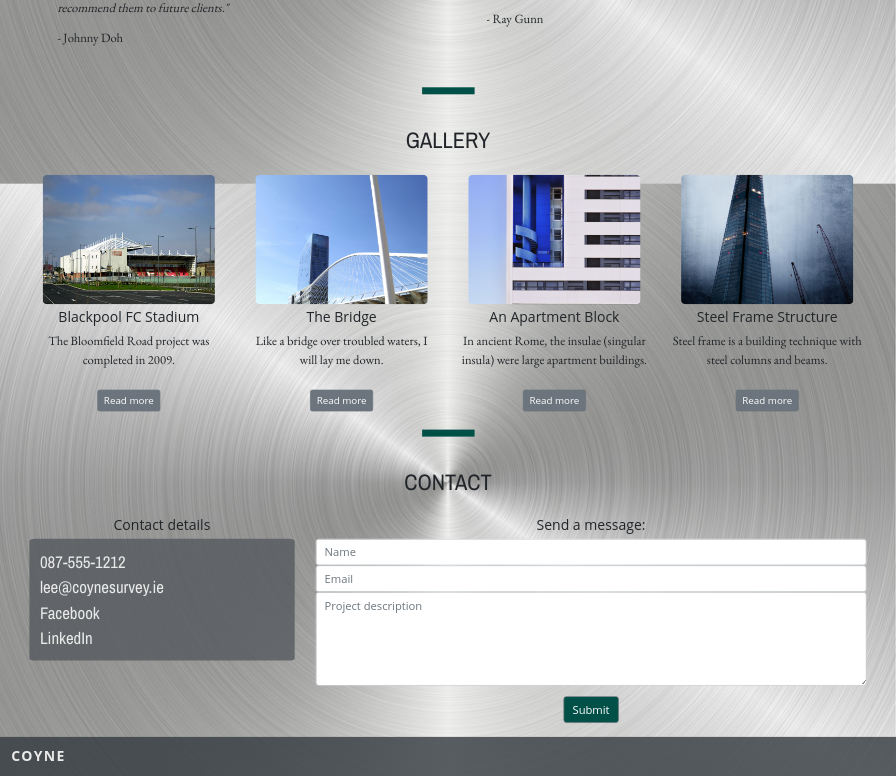
Repository: Leo-Cullen/first-milestone-project
Page: index.html
The author's editor kept a record of every edit. The page is drawn from the files as they stood at one moment, then again after the next edit.
The browser window is 1280 px wide. The pictures show the part of the page from y = 1444 to 3364 px (the page is 2553 px tall before and 3459 px after), at 70% of full size.
Backgrounds fixed to the window are drawn as part of the page. Some web libraries are served in a nearby version.

Above is the page before.

### index.html
<!DOCTYPE html>
<html lang="en">

<head>
    <meta charset="UTF-8">
    <meta name="viewport" content="width=device-width, initial-scale=1.0">
    <meta http-equiv="X-UA-Compatible" content="ie=edge">
    <link rel="stylesheet" href="https://stackpath.bootstrapcdn.com/bootstrap/4.3.1/css/bootstrap.min.css" integrity="sha384-ggOyR0iXCbMQv3Xipma34MD+dH/1fQ784/j6cY/iJTQUOhcWr7x9JvoRxT2MZw1T" crossorigin="anonymous">
    <link href="https://fonts.googleapis.com/css?family=Archivo+Narrow|EB+Garamond&display=swap" rel="stylesheet">
    <link rel="stylesheet" href="assets/css/style.css" type="text/css" />
    <title>Coyne | Surveying and setting out services</title>
    <script src="https://kit.fontawesome.com/c525f812d6.js"></script>
</head>

<body>

    <nav class="navbar top-navbar navbar-expand-sm navbar-dark bg-dark fixed-top">
        <a class="navbar-brand" href="#"> COYNE </a>

        <button class="navbar-toggler" type="button" data-toggle="collapse" data-target="#navbarNav" aria-controls="navbarNav" aria-expanded="false" aria-label="Toggle navigation">
            <span class="navbar-toggler-icon"></span>
        </button>
        <div class="collapse navbar-collapse" id="navbarNav">
            <ul class="navbar-nav mr-auto">
                <li class="nav-item active">
                    <a class="active nav-link mr-2" href="#">Home <span class="sr-only">(current)</span></a>
                </li>
                <li class="nav-item mr-2">
                    <a class="nav-link" href="#about">About</a>
                </li>
                <li class="nav-item mr-2">
                    <a class="nav-link" href="#testimonials">Testimonials</a>
                </li>
                <li class="nav-item mr-2">
                    <a class="nav-link" href="#gallery-anchor">Gallery</a>
                </li>
                <li class="nav-item mr-2">
                    <a class="nav-link" href="#contact">Contact</a>
                </li>
            </ul>
            <div class="d-none d-md-block">
                <p class="navbar-text my-auto mr-2">087-555-1234</p>
                <a href="https://www.facebook.com" target="_blank">
                    <i class="fab fa-facebook-square icon"></i>
                </a>
                <a href="https://www.linkedin.com" target="_blank">
                    <i class="fab fa-linkedin icon"></i>
                </a>
            </div>
        </div>
    </nav>

    <div class="container-fluid splash-container">
        <div class="row">
            <div class="col-12">
                <section class="splash jumbotron">
                    <img src="assets/images/coyne-logo.png" width="100%" height="100%" style="margin-top:100px" />
                    <!--  -->
                </section>
            </div>
        </div>
    </div>

    <div class="container-fluid about-container content-container">
        <!-- About section -->
        <hr id="about" />
        <section class="about-section">
            <div class="row">
                <div class="col-12 page-header">
                    <h2 class="text-uppercase section-heading">About</h2>
                </div>
            </div>
            <div class="row">
                <div class="col-12 col-md-6 col-lg-4">
                    <div class="about-col">
                        <h3 class="about-heading">Who are we?</h3>
                        <p>Established in 2006 in the British Midlands as LMC Solutions LTD, we are a small but thriving company. Our three engineers have thirty years of combined experience.</p>
                        <p>We pride ourselves on providing the highest levels of quality and service. Always willing to go the extra mile with competitive prices, our excellent references and full insuarance guarantee your peace of mind.</p>
                    </div>
                </div>
                <div class="col-12 col-md-6 col-lg-4">
                    <div class="about-col">
                        <h3 class="about-heading">What do we do?</h3>
                        <p>Projects that we have worked on range from individual houses to complex steel frame structures, pedestrian schemes, highways, concrete buildings, roads, car parks, sewage plants, schools and an athletics ground.</p>
                    </div>
                </div>
                <div class="col-12 col-md-6 col-lg-4">
                    <div class="about-col">
                        <h3 class="about-heading">How do we do it?</h3>
                        <p>We use Leica robotic survey equipment to collect, process and edit survey information. Together with our CAD expertise we can supply information in AutoCAD and other major formats.</p>
                        <p>Accuracy is paramount to us. Therefore, our strict quality quality assurance procedures ensure effective checking systems are in place at all stages of the production process.</p>
                    </div>
                </div>
            </div>
        </section>
        <!-- / About section -->
    </div>
    <!-- / About container -->

    <div class="container-fluid testimonials-container content-container">
        <!-- Testimonials section -->
        <hr id="testimonials" />
        <section class="testimonials">
            <div class="row">
                <div class="col-12 page-header">
                    <h2 class="text-uppercase section-heading">Testimonials</h2>
                </div>
            </div>
            <div class="row">
                <div class="col-12 col-md-6">
                    <div class="media">
                        <i class="far fa-comment" class="mr-3"></i>
                        <blockquote class="blockquote">
                            <p class="quote">"I can confirm that Mr. Lee Coyne of the above company has carried out work on the build of care homes, including surveying and setting out of levels. LMC run a very professional and trustworthy service and I would not hesitate
                                to recommend them to future clients."</p>
                            <p>- Johnny Doh</p>
                        </blockquote>
                    </div>
                </div>
                <div class="col-12 col-md-6">
                    <div class="media">
                        <i class="far fa-comment" class="mr-3"></i>
                        <blockquote class="blockquote">
                            <p class="quote">"LMC have carried out work including surveying and setting up levels, etc, on site for our company on several occasions and I find them prompt and efficient in the tasks undertaken."</p>
                            <p>- Ray Gunn</p>
                        </blockquote>
                    </div>
                </div>
            </div>
        </section>
        <!-- / Testimonials section -->
    </div>
    <!-- / Testimonials container -->

    <!-- Gallery container -->
    <div class="container-fluid gallery-container content-container">
        <hr id="gallery-anchor" />
        <section class="gallery">
            <div class="row">
                <div class="col-12 page-header">
                    <h2 class="text-uppercase section-heading">Gallery</h2>
                </div>
            </div>
            <div class="row">
                <div class="col-md-6 col-xl-3">
                    <img class="img-responsive" src="assets/images/blackpool-fc.jpg" />
                    <h5>Blackpool FC Stadium</h5>
                    <p>The Bloomfield Road project was completed in 2009.</p>
                    <button class="btn btn-secondary btn-sm" type="button" data-toggle="collapse" data-target="#gallery-card-01" aria-expanded="false" aria-controls="collapseExample">
                        Read more
                    </button>
                    <div class="collapse" id="gallery-card-01">
                        <div class="card card-body">
                            Bloomfield Road is a football stadium in Blackpool, Lancashire, England, which has been the home of Blackpool F.C. since 1901. The record attendance at Bloomfield Road is 38,098, when Blackpool played Wolverhampton Wanderers
                            on 17 September 1955. The stadium hosted three matches of the 2005 UEFA Women's Championship. It has also been the venue for the final of the Northern Rail Cup, a rugby league tournament, since 2005.
                        </div>
                    </div>
                </div>
                <div class="gallery-col col-md-6 col-xl-3">
                    <img class="img-responsive" src="assets/images/bridge-640x480.jpg" />
                    <h5>The Bridge</h5>
                    <p>Like a bridge over troubled waters, I will lay me down.</p>
                    <button class="btn btn-secondary btn-sm" type="button" data-toggle="collapse" data-target="#gallery-card-02" aria-expanded="false" aria-controls="collapseExample">
                        Read more
                    </button>
                    <div class="collapse" id="gallery-card-02">
                        <div class="card card-body">
                            When you're weary, feeling small When tears are in your eyes, I'll dry them all (all) I'm on your side, oh, when times get rough And friends just can't be found Like a bridge over troubled water I will lay me down Like a bridge
                            over troubled water I will lay me down When you're down and out When you're on the street When evening falls so hard I will comfort you (ooo) I'll take your part, oh, when darkness comes And pain is all around Like a bridge
                            over troubled water I will lay me down Like a bridge over troubled water I will lay me down Sail on silver girl Sail…
                        </div>
                    </div>
                </div>
                <div class="gallery-col col-md-6 col-xl-3">
                    <img class="img-responsive" src="assets/images/appartments-640x480.jpg" />
                    <h5>An Apartment Block</h5>
                    <p>In ancient Rome, the insulae (singular insula) were large apartment buildings.</p>
                    <button class="btn btn-secondary btn-sm" type="button" data-toggle="collapse" data-target="#gallery-card-03" aria-expanded="false" aria-controls="collapseExample">
                        Read more
                    </button>
                    <div class="collapse" id="gallery-card-03">
                        <div class="card card-body">
                            An apartment (American English), flat (British English) or unit (Australian English) is a self-contained housing unit (a type of residential real estate) that occupies only part of a building, generally on a single storey. There are many names for these overall buildings, see below. The housing tenure of apartments also varies considerably, from large-scale public housing, to owner occupancy within what is legally a condominium (strata title or commonhold), to tenants renting from a private landlord (see leasehold estate).
                        </div>
                    </div>
                </div>

                <div class="gallery-col col-md-6 col-xl-3">
                    <img class="img-responsive" src="assets/images/skyscraper-640x480.jpg" />
                    <h5>Steel Frame Structure</h5>
                    <p>Steel frame is a building technique with steel columns and beams.</p>
                    <button class="btn btn-secondary btn-sm" type="button" data-toggle="collapse" data-target="#gallery-card-04" aria-expanded="false" aria-controls="collapseExample">
                        Read more
                    </button>
                    <div class="collapse" id="gallery-card-04">
                        <div class="card card-body">
                            The rolled steel "profile" or cross section of steel columns takes the shape of the letter "I". The two wide flanges of a column are thicker and wider than the flanges on a beam, to better withstand compressive stress in the structure. Square and round tubular sections of steel can also be used, often filled with concrete. Steel beams are connected to the columns with bolts and threaded fasteners, and historically connected by rivets. The central "web" of the steel I-beams is often wider than a column web to resist the higher bending moments that occur in beams.
                        </div>
                    </div>
                </div>
        </section>
        </div>
        <!-- / Gallery container -->

        <!-- Contact container -->
        <div class="container-fluid contact-container content-container">
            <hr id="contact" />
            <section class="contact-section">
                <div class="row">
                    <div class="col-12 page-header">
                        <h2 class="text-uppercase section-heading">CONTACT</h2>
                    </div>
                </div>
                <div class="row bg-color-contact">

                    <div class="col-md-4">
                        <h5 class="uppercase text-center">Contact details</h5>
                        <div class="contact-details">
                            <span>087-555-1212</span>
                            <span>lee@coynesurvey.ie</span>
                            <span><a class="contact-link" href="https://www.facebook.com" target="_blank">Facebook</a></span>
                            <span><a class="contact-link" href="https://www.linkedin.com" target="_blank">LinkedIn</a></span>
                        </div>

                    </div>
                    <div class="col-md-8 center-form">
                        <h5 class="uppercase text-center">Send a message:</h5>
                        <form>
                            <input type="text" name="name" id="fullname" class="form-control" placeholder="Name" required />
                            <input type="email" name="email" id="emailaddress" class="form-control" placeholder="Email" required />
                            <textarea rows="5" name="projectsummary" id="projectsummary" class="form-control" placeholder="Project description" required></textarea>
                            <div class="form-row text-center">
                                <div class="col">
                                    <button type="submit" class="btn btn-secondary">Submit</button>
                                </div>
                            </div>
                        </form>
                    </div>
                </div>

            </section>
        </div>
        <!-- / Contact container -->

        <!-- Footer -->
        <nav class="navbar bottom-navbar navbar-expand-sm navbar-dark bg-dark">
            <a class="navbar-brand" href="#">COYNE</a>
            <!-- / Footer -->
        </nav>
        <script src="https://code.jquery.com/jquery-3.3.1.slim.min.js" integrity="sha384-q8i/X+965DzO0rT7abK41JStQIAqVgRVzpbzo5smXKp4YfRvH+8abtTE1Pi6jizo" crossorigin="anonymous"></script>
        <script src="https://cdnjs.cloudflare.com/ajax/libs/popper.js/1.14.7/umd/popper.min.js" integrity="sha384-UO2eT0CpHqdSJQ6hJty5KVphtPhzWj9WO1clHTMGa3JDZwrnQq4sF86dIHNDz0W1" crossorigin="anonymous"></script>
        <script src="https://stackpath.bootstrapcdn.com/bootstrap/4.3.1/js/bootstrap.min.js" integrity="sha384-JjSmVgyd0p3pXB1rRibZUAYoIIy6OrQ6VrjIEaFf/nJGzIxFDsf4x0xIM+B07jRM" crossorigin="anonymous"></script>

</body>

</html>

### assets/css/style.css
/*body,html {
    height: 100%;
    width:100%;
    margin: 0px;
}
*/
body {
    font-family: "Open Sans", sans-serif;
    background: url(../images/circular-metal-960x720.jpg) no-repeat center center fixed;
    -webkit-background-size: cover;
    -moz-background-size: cover;
    -o-background-size: cover;
    background-size: cover;


    overflow-x: hidden; /* remove horizontal scrollbar */
}

h1,h2,h3 {
    font-family: 'Archivo Narrow', sans-serif;
}

p {
    font-family: 'EB Garamond', serif;
    font-size: large;
}

.icon {
    margin: 0 5px 0;
}

/*------------------------------------------------------------------- navbar */

.navbar {
    opacity: 0.8;
}

.navbar-brand {
    font-weight: bold;
}

.top-navbar a {
    font-weight: bold;
}

.navbar-toggler {
    background-color: #005048;
}

a:hover {
    color: red;
}

/*-------------------------------------------------------------------general styles */

.page-header {
    margin-top: 0;
    margin-bottom: 0;
    text-align: center;
}

.page-header h2 {
    margin-top: 30px;
    margin-bottom: 30px;
}

hr {
    width: 75px;
    height: 10px;
    border: 0;
    background-color: #005048; /* dark green */
}

.section-heading {
    text-align: center;
}

.content-container {
    margin-bottom: 20px;
    margin: 0 auto;
    max-width: 95%; /* keep all content within screen  */
}

/*------------------------------------------------------------------- splash */

.splash-container {
     height: 100vh;
    display: flex;
    align-items: center;
    justify-content: center;
    position: relative;
}


.jumbotron {
   background-color: transparent;
   margin: 0;
}

/*------------------------------------------------------------------- about */

.about-container {
    margin-top: 00px;
    padding: 10px;
}

.about-col {
    padding-top: 20px;
    padding-right: 20px;
}

.about-heading {
    text-align: center;
}

.about-col p {
    text-align: justify;
}

/*-------------------------------------------------------------------testimonials */

.testimonials-container {
    margin-top: 20px;
    padding: 10px;
}

.quote {
    font-style: italic;
}

.testimonials i {
    font-size: 30px;
    margin-right: 10px;
}

/*-------------------------------------------------------------------gallery */

.gallery-container {
    text-align: center;
}

.gallery-container img {
    border-radius: 3%;
    /* border: solid 3px #525252; */
}

.gallery-container h5 {
    padding-top: 6px;
}

.gallery-container p {
    margin-bottom: 30px;
}

/*-------------------------------------------------------------------contact */

.contact-container {
    padding: 10px;
    text-align: center;
    padding-bottom: 0;
}

.img-responsive {
    max-width: 90%;
}

.contact-container i {
    font-size: 20px;
}

.contact-container p {
    font-size: 24px;
    letter-spacing: 2px;
}

.contact-details {
    background-color: #555a5f;
    opacity: 0.8;
}

.center-form .contact-details {
    padding-top: 10px;
    margin: 0 auto;
    max-width: 65%;
}

.contact-details {
    border-radius: 2%;
    text-align: left;
    padding-left: 15px;
    padding-top: 15px;
    padding-bottom: 15px;
    color: #fff;

}

.contact-details span {
    display: block;
    padding: 0;
    font-family: 'Archivo Narrow', sans-serif;
    font-size: x-large;
}


.contact-details a {
    color: #fff;
}

.contact-details a:hover {
    color: #999c9d;
    text-decoration: none;
}

button[type="submit"] {
    margin-top: 15px;
    margin-bottom: 20px;
    background-color: #005048;
}

.bottom-navbar {
    margin: 0;
    letter-spacing: 2px;
    opacity: 0.8;
}

After the next edit:
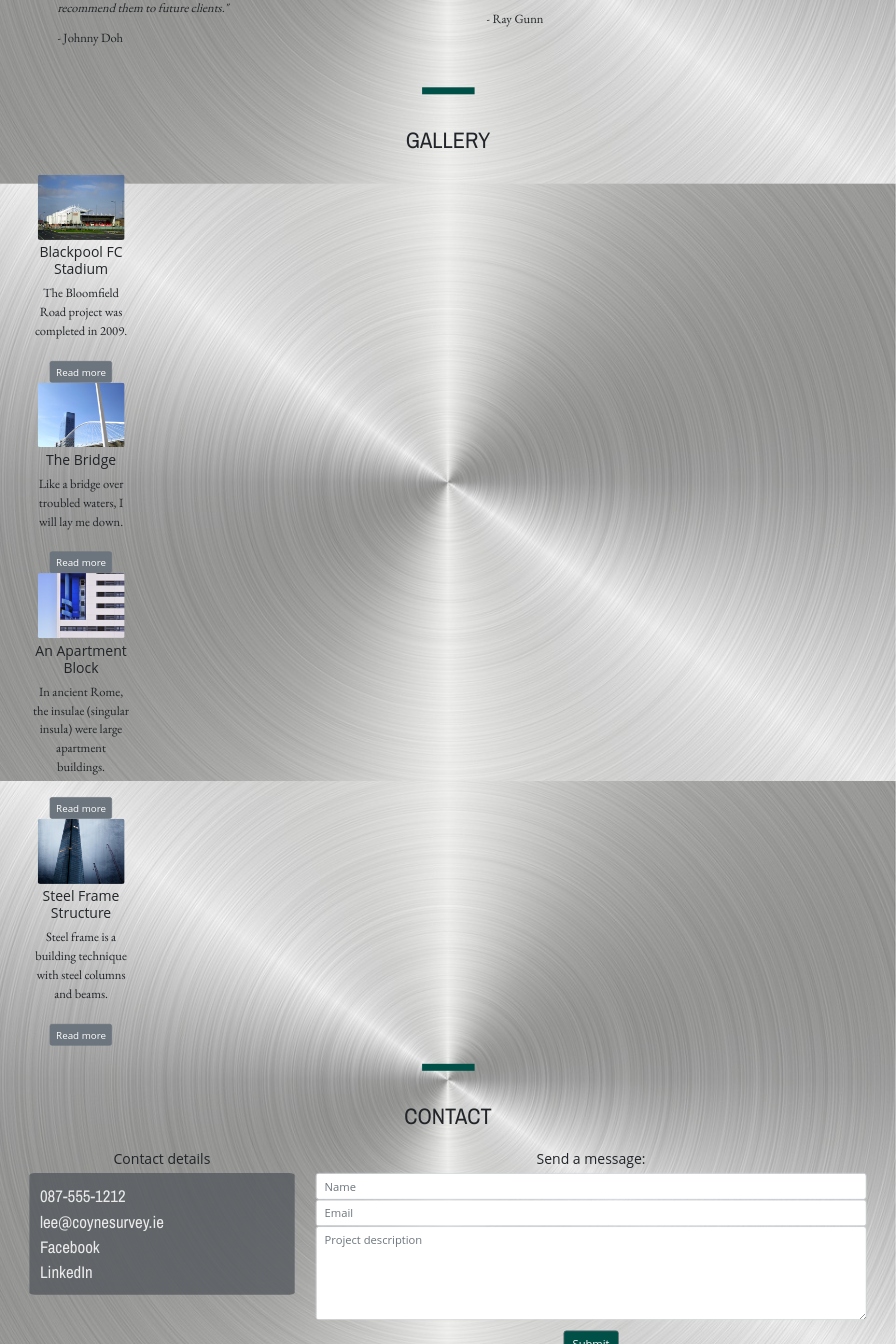
The edit:
--- a/index.html
+++ b/index.html
@@ -142,6 +142,7 @@
                 </div>
             </div>
             <div class="row">
+                <div class="gallery-col">
                 <div class="col-md-6 col-xl-3">
                     <img class="img-responsive" src="assets/images/blackpool-fc.jpg" />
                     <h5>Blackpool FC Stadium</h5>
